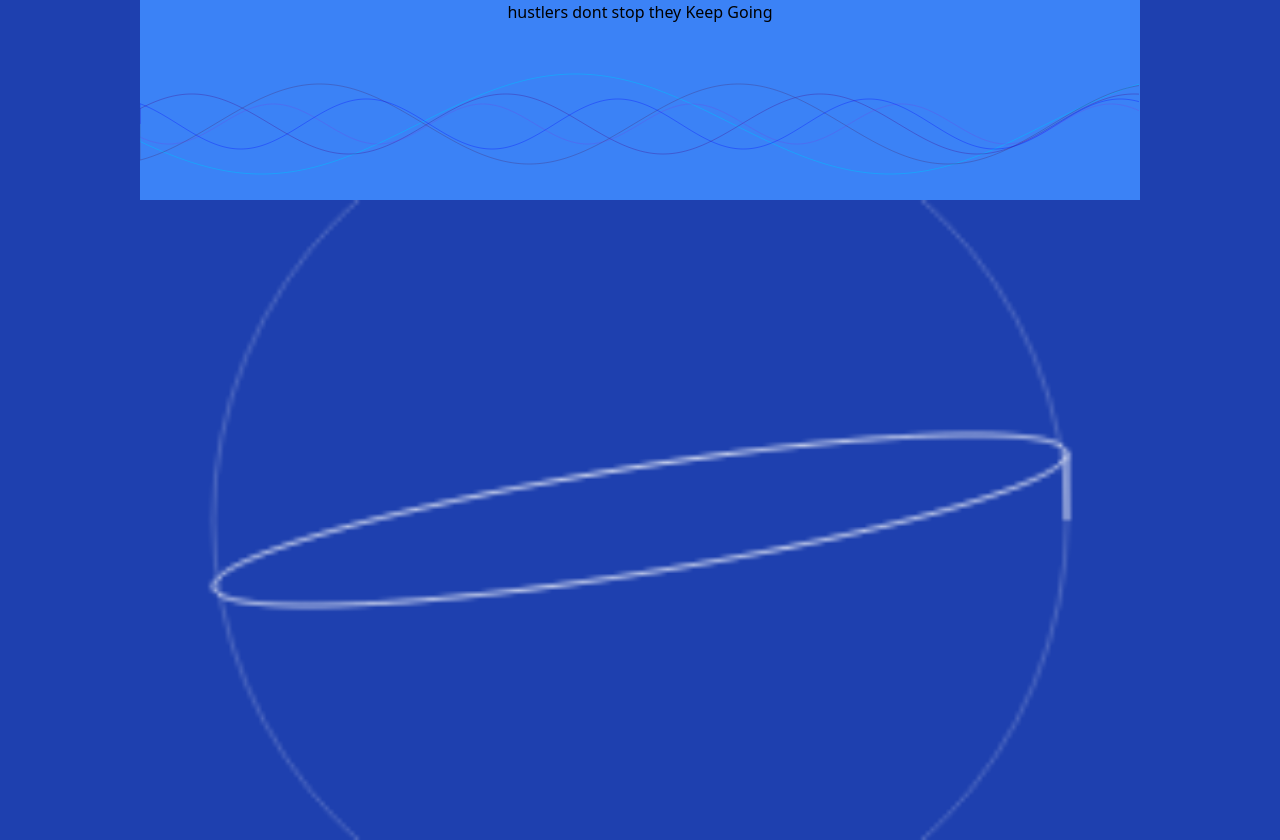
Repository: TMuse333/quantum-experiments
Page: /
The author's editor kept a copy of each file at every save. The page is drawn from the files as they stood at one save, then again after the next save.
The browser window is 1280 px wide. The pictures show the whole page.
The project was rebuilt for these pictures with package versions that can differ from the ones it lists, and the page was loaded fresh each time. Also part of the build but not shown: vite.config.ts.

Above is the page before, as saved 2024-06-08 18:38:36.

After the next save:
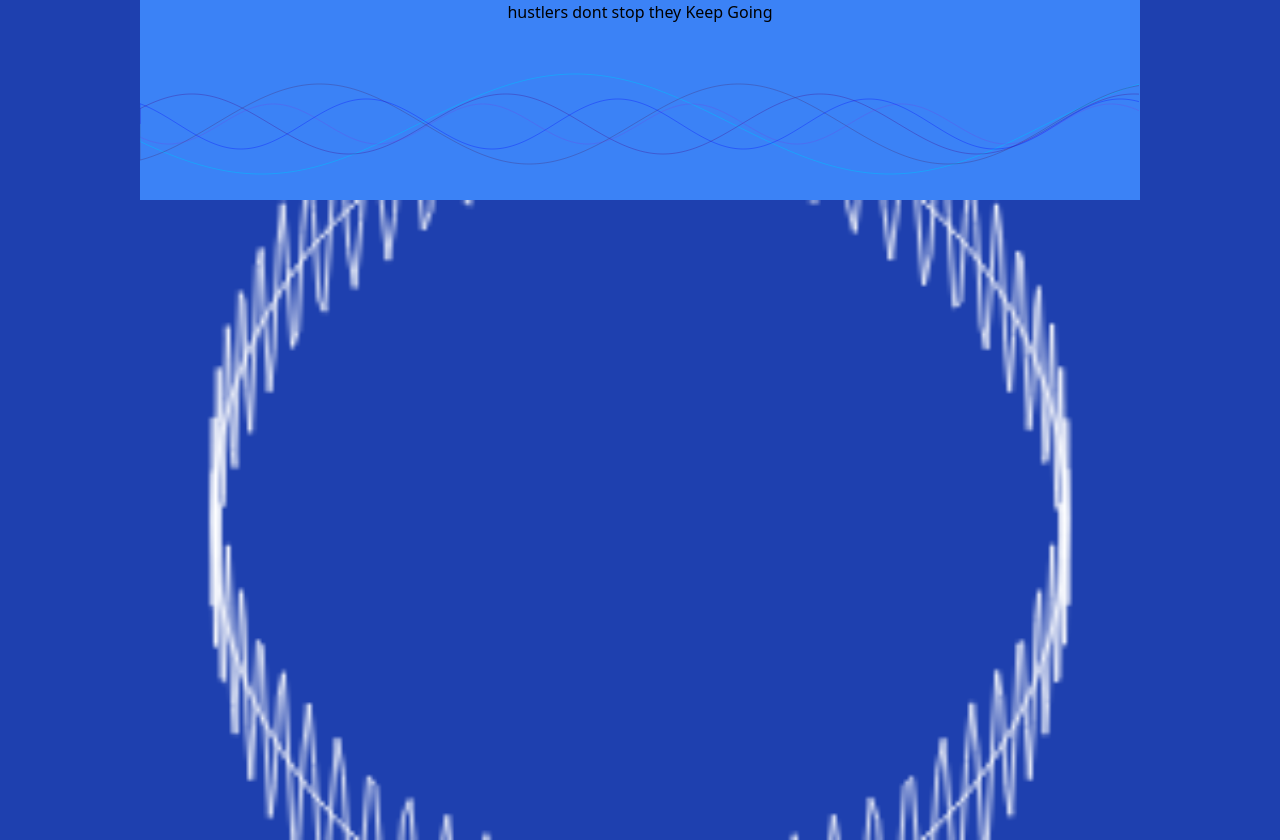
Saved 67 s later.
--- a/src/components/circularWave/circularWave.tsx
+++ b/src/components/circularWave/circularWave.tsx
@@ -14,10 +14,10 @@ const CircularWave: React.FC = () => {
     const centerX = canvas.width / 2;
     const centerY = canvas.height / 2;
     const radius = 100; // Radius of the circular wave
-    const speed = 0.05; // Speed of the wave
+    const waveLength = 60; // Wavelength of the wave
     const amplitude = 20; // Amplitude of the wave
-
-    let angle = 0;
+    const frequency = 0.02; // Frequency of the wave
+    const phaseShift = Math.PI / 2; // Phase shift to start the wave from the top
 
     const draw = () => {
       c.clearRect(0, 0, canvas.width, canvas.height);
@@ -29,19 +29,18 @@ const CircularWave: React.FC = () => {
       c.stroke();
 
       // Draw circular wave
-      c.beginPath();
-      c.moveTo(centerX + radius, centerY);
-
-      for (let theta = 0; theta <= Math.PI * 2; theta += 0.01) {
-        const x = centerX + radius * Math.cos(theta);
-        const y = centerY + amplitude * Math.sin(angle + theta);
-        c.lineTo(x, y);
+      for (let angle = 0; angle < Math.PI * 2; angle += 0.02) {
+        const x = centerX + radius * Math.cos(angle);
+        const y = centerY + radius * Math.sin(angle) + amplitude * Math.sin(angle * waveLength + frequency * angle + phaseShift);
+        if (angle === 0) {
+          c.moveTo(x, y);
+        } else {
+          c.lineTo(x, y);
+        }
       }
 
       c.strokeStyle = 'rgba(255, 255, 255, 0.8)';
       c.stroke();
-
-      angle += speed;
 
       frameId.current = requestAnimationFrame(draw);
     };
